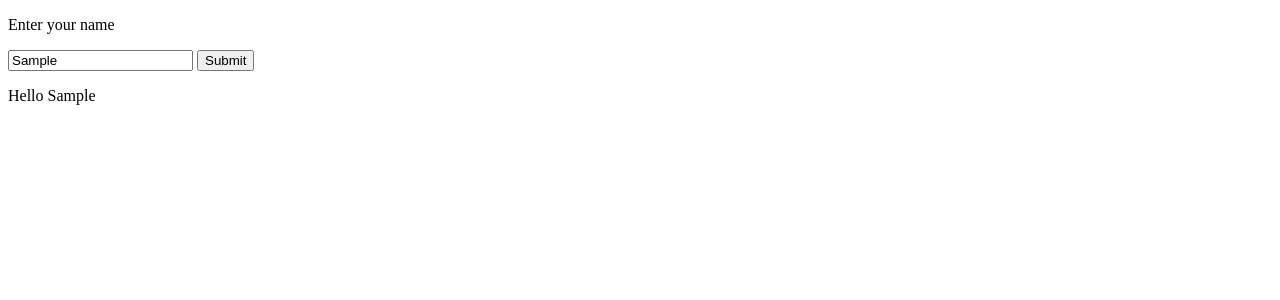
Repository: anmho/rock-paper-scissors
Page: index.html
These files come from the project's save history. The page is drawn as it stood at one moment and after the next save; the edit follows.
The browser window is 1280 px wide. The pictures show the whole page.
Empty fields were first filled with sample values (such as "Sample", 5 or name@example.com).
After loading, the first visible `#submitName` was clicked once.

Above is the page before, as saved 2021-10-26 21:28:06.

### index.html
<!DOCTYPE html>
<html lang="en">
  <head>
    <meta charset="UTF-8" />
    <meta http-equiv="X-UA-Compatible" content="IE=edge" />
    <meta name="viewport" content="width=device-width, initial-scale=1.0" />
    <title>Document</title>
  </head>

  <body>
    <p>Enter your name</p>

    <form>
      <input type="text" id="enterName" />
      <button type="button" id="submitName">Submit</button>
    </form>
    <p id="greeting"></p>
  </body>
</html>

<script src="app.js"></script>

### app.js
const nameField = document.getElementById("submitName");

const renderGreeting = () => {
  const textField = document.getElementById("enterName");
  const greeting = document.getElementById("greeting");
  greeting.innerHTML = `Hello ${textField.value}`;
};

nameField.addEventListener("click", renderGreeting);

After the next save:
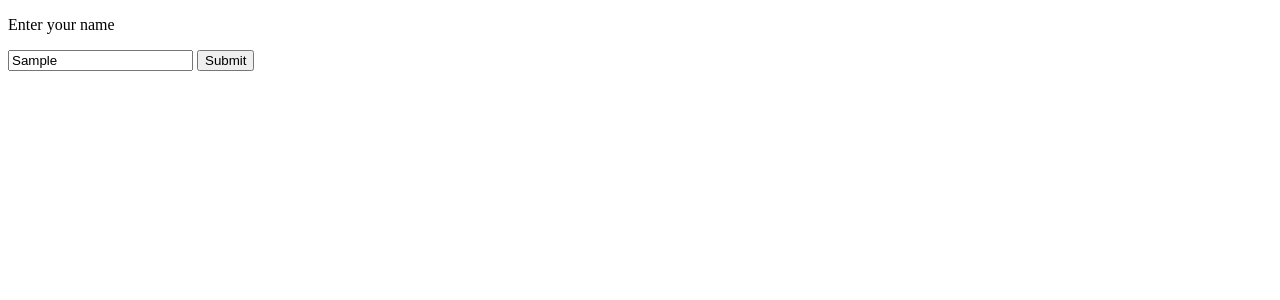
Console error (its wording comes from the project's code and is left out).
Saved 8 s later.
--- a/app.js
+++ b/app.js
@@ -3,6 +3,9 @@
 const renderGreeting = () => {
   const textField = document.getElementById("enterName");
   const greeting = document.getElementById("greeting");
+
+  document.createElement()
+
   greeting.innerHTML = `Hello ${textField.value}`;
 };
 

After the 2 saves that followed:
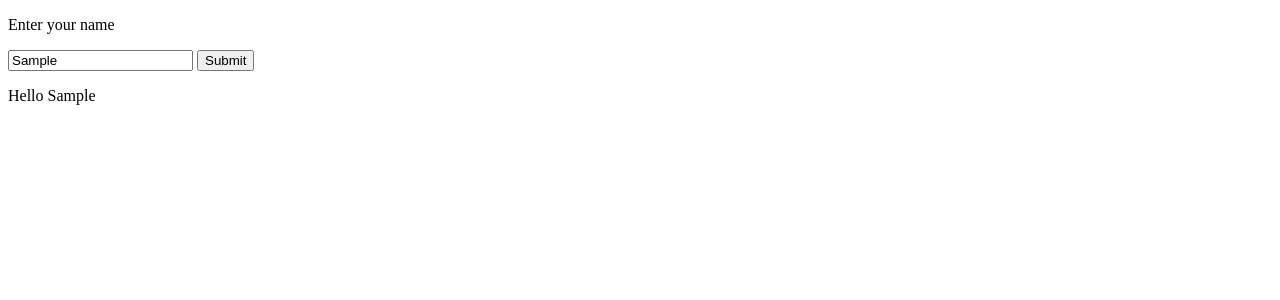
The error is gone.
The 2 saves are shown as one change because they came seconds apart.
The last was saved 7 s later.
--- a/app.js
+++ b/app.js
@@ -4,7 +4,7 @@
   const textField = document.getElementById("enterName");
   const greeting = document.getElementById("greeting");
 
-  document.createElement()
+  document.createElement('p');
 
   greeting.innerHTML = `Hello ${textField.value}`;
 };
